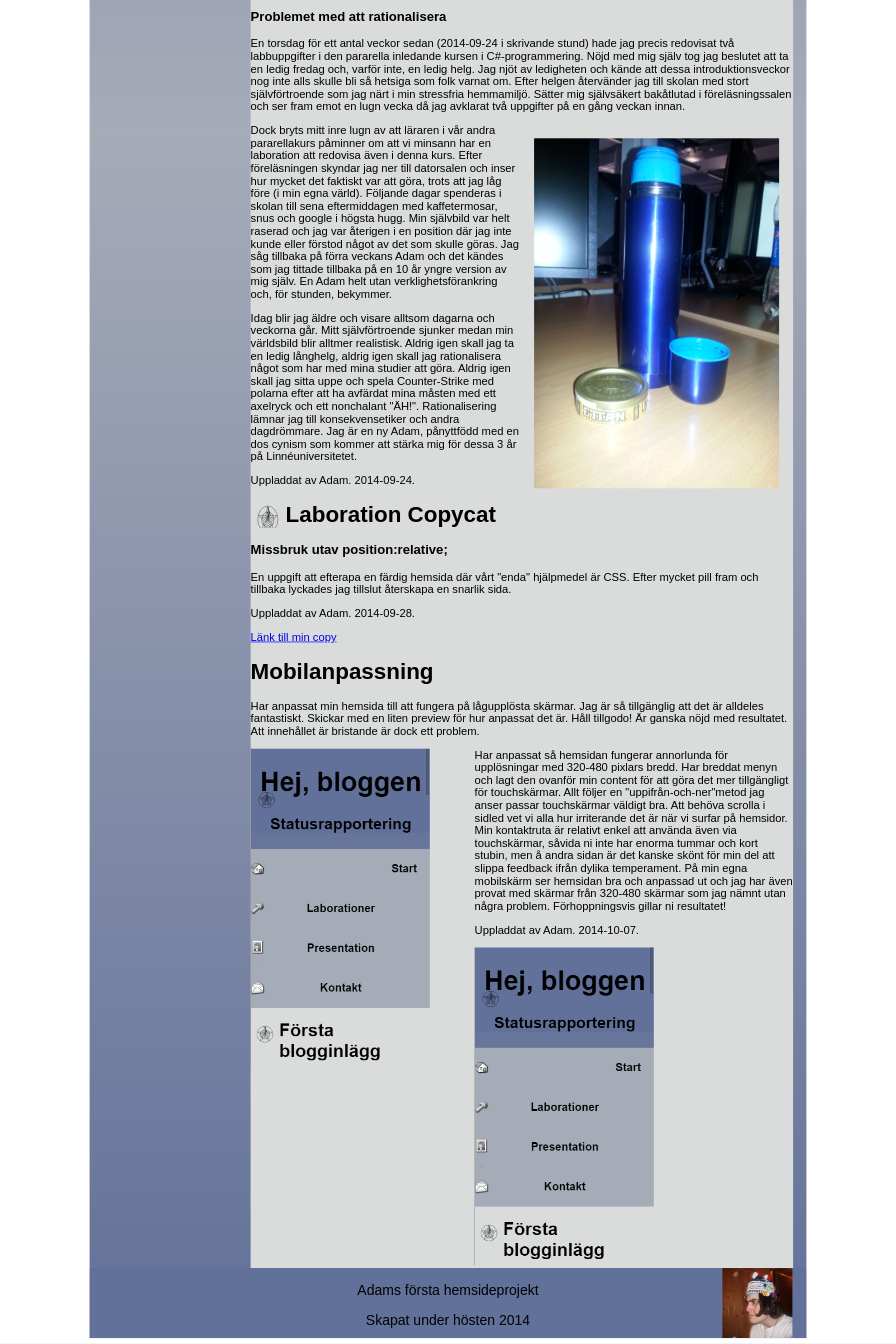
Repository: ao222qc/1IK415_ao222qc_copycat
Page: index.html
The author's editor kept a record of every edit. The page is drawn from the files as they stood at one moment, then again after the next edit.
The browser window is 1280 px wide. The pictures show the part of the page from y = 1541 to 3461 px (the page is 3461 px tall before and 3177 px after), at 70% of full size.

Above is the page before.

After the next edit:
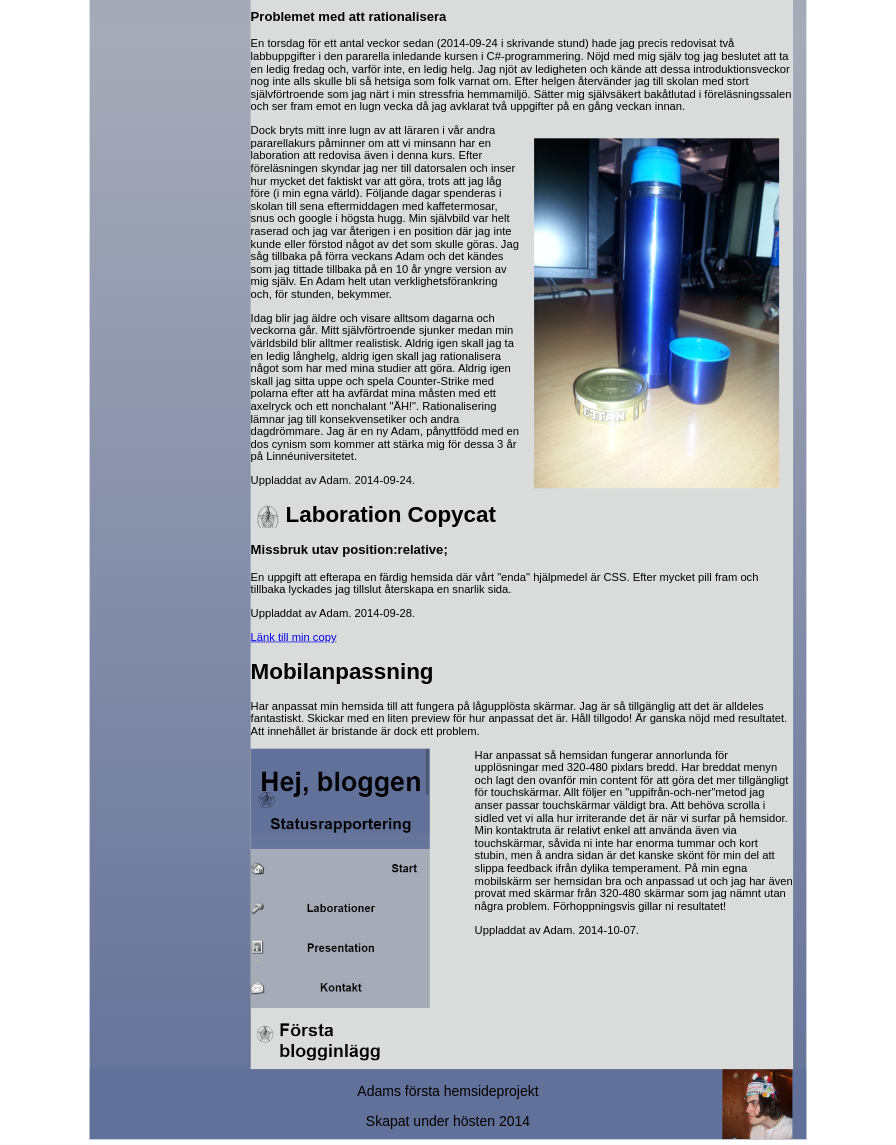
The edit:
--- a/index.html
+++ b/index.html
@@ -106,9 +106,7 @@
         Förhoppningsvis gillar ni resultatet!
     </p>
     <p>Uppladdat av Adam. 2014-10-07.</p>
-    <div class="left">
-    <img id="mobilepreview" src="pics/mobilepreview.png" alt="" />
-    </div>
+
 
 
     </div>
